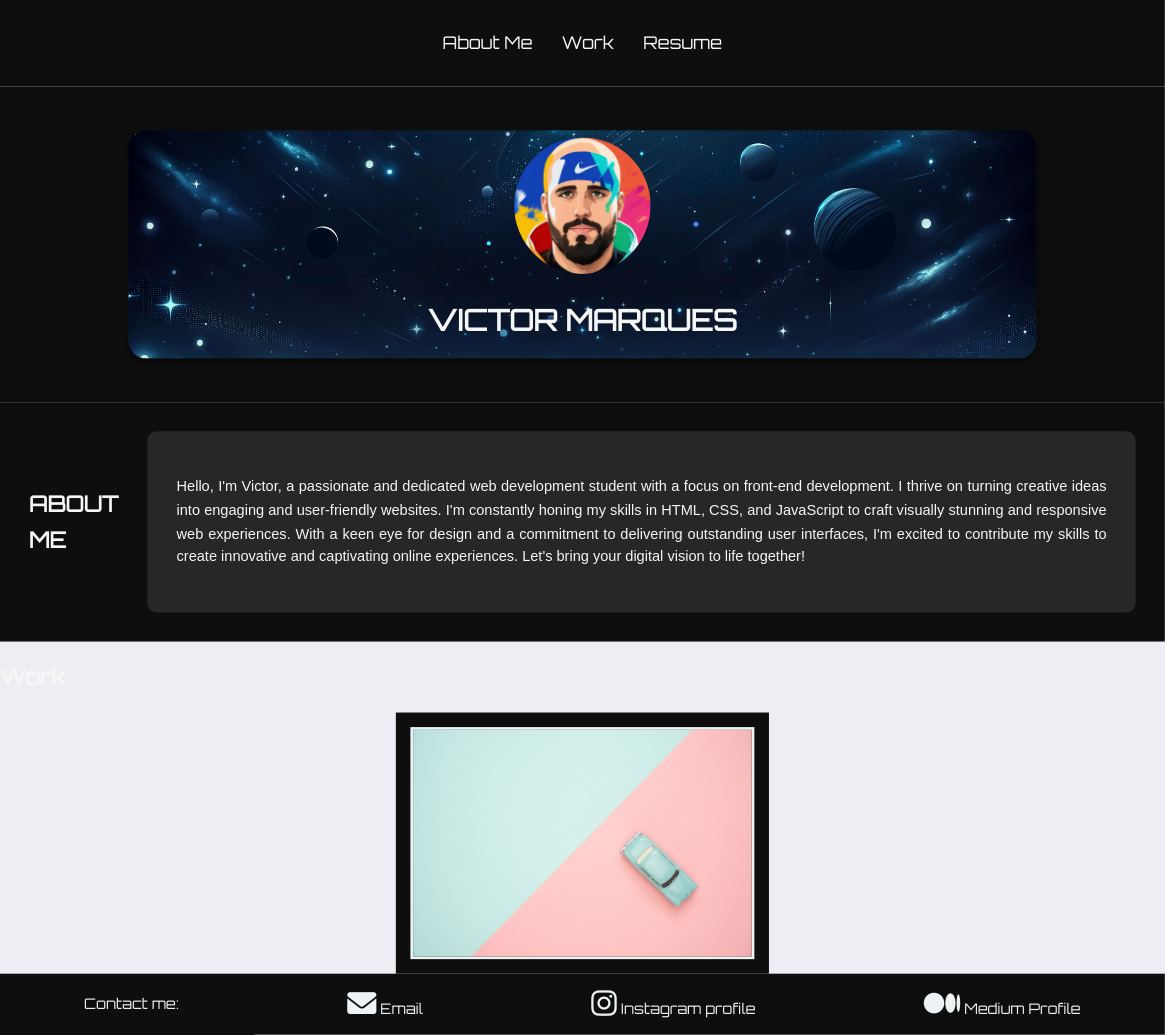
Repository: uvee35/Challenge2-Victor
Page: index.html
An editor plug-in stored every save of this project. The page is shown before and after the next save, followed by the edit.
The browser window is 1280 px wide. The pictures show the whole page, at 91% of full size.

Above is the page before, as saved 2023-12-12 20:45:11.

### index.html
<!DOCTYPE html>
<html lang="en-gb">
  <head>
    <meta charset="UTF-8" />
    <meta name="viewport" content="width=device-width, initial-scale=1.0" />
    <meta http-equiv="X-UA-Compatible" content="ie=edge" />
    <title>Victor Marques Portfolio</title>
    <link rel="stylesheet" href="assets/style.css" />
    <link
      href="https://cdnjs.cloudflare.com/ajax/libs/font-awesome/6.0.0-beta3/css/all.min.css"
      rel="stylesheet"
    />
    <link
      href="https://fonts.googleapis.com/css?family=Orbitron&display=swap"
      rel="stylesheet"
    />
  </head>

  <body>
    <header class="header">
      <nav class="header__nav">
        <ul class="nav__list">
          <li class="nav__item">
            <a href="#about-me" class="nav__link">About Me</a>
          </li>
          <li class="nav__item"><a href="#work" class="nav__link">Work</a></li>
          <li class="nav__item">
            <a href="#resume" class="nav__link">Resume</a>
          </li>
        </ul>
      </nav>
    </header>

    <section class="hero-banner">
      <div class="hero-banner__content">
        <img src="..///assets/victor.JPG" alt="Victor" class="about__image" />
        <h1>VICTOR MARQUES</h1>
      </div>
    </section>

    <main class="page-wrapper">
      <section id="about-me"></section>
      <section class="about-section">
        <h2 class="about-title">ABOUT ME</h2>
        <div class="about-box">
          <p class="about-me-text">
            Hello, I'm Victor, a passionate and dedicated web development
            student with a focus on front-end development. I thrive on turning
            creative ideas into engaging and user-friendly websites. I'm
            constantly honing my skills in HTML, CSS, and JavaScript to craft
            visually stunning and responsive web experiences. With a keen eye
            for design and a commitment to delivering outstanding user
            interfaces, I'm excited to contribute my skills to create innovative
            and captivating online experiences. Let's bring your digital vision
            to life together!
          </p>
        </div>
      </section>

      <section class="page-section" id="work">
        <h2>Work</h2>
        <div class="work__projects">
          <!-- Link wrapping the image -->
          <a href="your-destination-url" class="project project--featured">
            <img
              src="./assets/02-portfolio-3.jpg"
              alt="Project Description"
              class="work__image"
            />
          </a>
          <!-- Repeat for other projects as necessary -->
        </div>
      </section>
    </main>

    <footer class="footer">
      <div class="footer__contact-info">
        <span class="footer__contact-header">Contact me: </span>
        <a href="mailto:victormarquesrina@hotmail.com" class="contact-link">
          <i class="fas fa-envelope social-icon"></i>
          <span>Email</span>
        </a>
        <a href="https://www.instagram.com/Uvee35" class="contact-link">
          <i class="fab fa-instagram social-icon"></i>
          <span>Instagram profile</span>
        </a>
        <a href="https://medium.com/@victor5.vm58" class="contact-link">
          <i class="fab fa-medium social-icon"></i>
          <span>Medium Profile</span>
        </a>
      </div>
    </footer>
  </body>
</html>

### assets/style.css
:root {
  --primary-color: #edeef3;
  --secondary-color: #0e0e0e;
  --accent-color: #edf2f4;
  --font-color: #f6f6f6;
  --font-family: 'Orbitron', sans-serif;
}

*,
*::before,
*::after {
  box-sizing: border-box;
}

body {
  font-family: var(--font-family);
  color: var(--font-color);
  background-color: var(--primary-color);
  line-height: 1.6;
  margin: 0;
  padding: 0;
  display: flex;
  flex-direction: column;
  min-height: 100vh;
}

.project {
  overflow: hidden;
}

.project:hover .work__image {
  transform: scale(1.05);
  transition: transform 0.3s ease;
}

.work__image {
  display: block;
  width: 100%;
  max-width: 300px;
  min-width: 100px;
  height: auto;
  transition: transform 0.3s ease;
  margin: 0 auto;
}

.header {
  display: flex;
  justify-content: center;
  align-items: center;
  padding: 1rem;
  background-color: #0e0e0e;
}

.nav__list {
  display: flex;
  justify-content: center;
  align-items: center;
  list-style: none;
  padding: 0;
}

.nav__item {
  margin: 0 1rem;
}

.nav__link {
  color: var(--font-color);
  text-decoration: none;
  font-size: 1.2rem;
}

.hero-banner {
  padding: 1rem;
  text-align: center;
  background-color: #0e0e0e;
}

.hero-banner__content {
  max-width: 600px;
  margin: auto;
  background-image: url('../assets/background.png');
  background-size: cover;
  background-position: center;
  padding: 0.5rem 0;
  text-align: center;
  display: flex;
  flex-direction: column;
  align-items: center;
  justify-content: center;
  border-radius: 20px;
  margin: 2rem;
  box-shadow: 0 4px 8px rgba(0, 0, 0, 0.5);
  width: 80%;
  max-width: 1200px;
  margin-left: auto;
  margin-right: auto;
}

.hero-banner h1 {
  font-size: 2rem;
  margin-bottom: 0.5rem;
}

.about__image {
  width: 150px;
  height: 150px;
  border-radius: 50%;
  object-fit: cover;
}

.about-section {
  background-color: var(--secondary-color);
  padding: 2rem;
  display: flex;
  justify-content: space-between;
  align-items: center;
}

.about-title {
  color: var(--font-color);
  font-size: 1.5rem;
  margin-right: 2rem;
}

.about-box {
  flex-grow: 1;
  background: rgba(255, 255, 255, 0.1);
  padding: 2rem;
  border-radius: 10px;
  color: var(--font-color);
  font-size: 1rem;
  text-align: justify;
  font-family: Arial, Helvetica, sans-serif;
}

.work__projects {
  display: flex;
  flex-wrap: wrap;
  gap: 1rem;
  justify-content: center;
}

.project {
  background-color: var(--secondary-color);
  padding: 1rem;
  width: calc(33.333% - 1rem);
  margin-bottom: 1rem;
}

.project--featured {
  max-width: 500px;
  margin: auto;
}

.project img {
  max-width: 100%;
  height: auto;
  border: 3px solid var(--accent-color);
}

.footer {
  background-color: var(--secondary-color);
  color: var(--primary-color);
  text-align: center;
  padding: 1rem 0;
  display: flex;
  justify-content: space-around;
  align-items: center;
  margin-top: auto;
}

.footer a {
  color: var(--primary-color);
  text-decoration: none;
}

.footer__contact-info {
  display: flex;
  justify-content: space-around;
  align-items: center;
  width: 100%;
}

.social-icon {
  font-size: 2rem;
  color: var(--accent-color);
}

/* Responsive adjustments for tablet devices */
@media (max-width: 768px) {
  .work__image {
    max-width: 150px;
  }

  .project {
    width: calc(50% - 1rem);
  }

  .project--featured {
    width: calc(66.666% - 1rem);
  }

  .about-box {
    width: 90%;
    padding: 1rem;
  }

  .footer__contact-info {
    flex-direction: column;
    gap: 1rem;
  }

  .social-icon {
    font-size: 2.5rem;
  }
}

/* Responsive adjustments for mobile devices */
@media (max-width: 480px) {
  .work__image {
    max-width: 100px;
  }

  .nav__list {
    flex-direction: column;
    align-items: center;
  }

  .nav__item {
    margin-bottom: 0.5rem;
  }

  .project,
  .project--featured {
    width: 100%;
  }

  .about-section {
    flex-direction: column;
    text-align: center;
  }

  .hero-banner__content {
    background-image: url('../assets/background.png');
  }

  .about-title {
    margin: 0 0 1rem 0;
  }

  .about-box {
    padding: 1rem;
  }

  .footer__contact-info {
    flex-direction: column;
    gap: 1rem;
  }

  .social-icon {
    font-size: 2.5rem;
  }
}

After the next save:
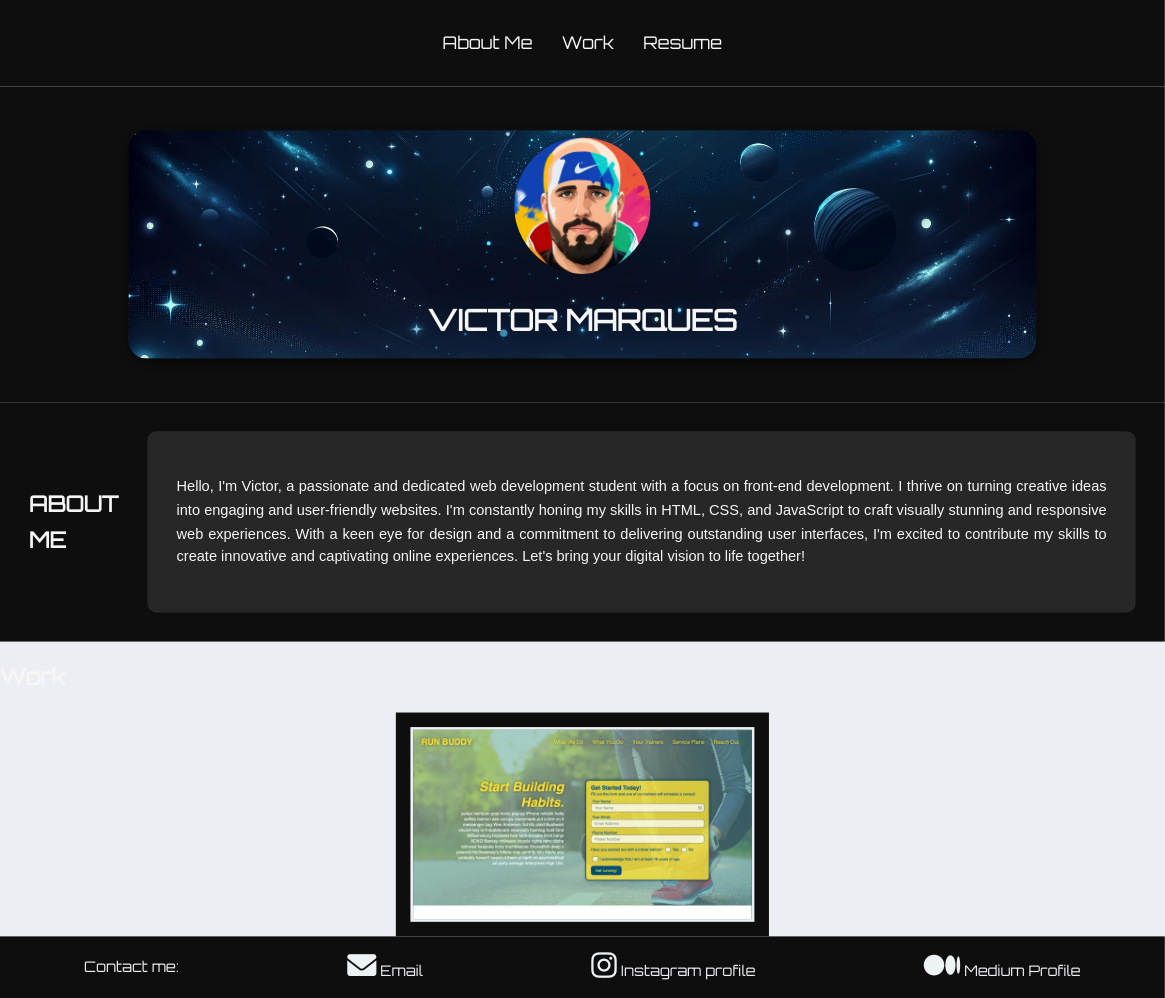
Saved 3 min 49 s later.
--- a/index.html
+++ b/index.html
@@ -63,7 +63,7 @@
           <!-- Link wrapping the image -->
           <a href="your-destination-url" class="project project--featured">
             <img
-              src="./assets/02-portfolio-3.jpg"
+              src="./assets/02-run-buddy.jpg"
               alt="Project Description"
               class="work__image"
             />
